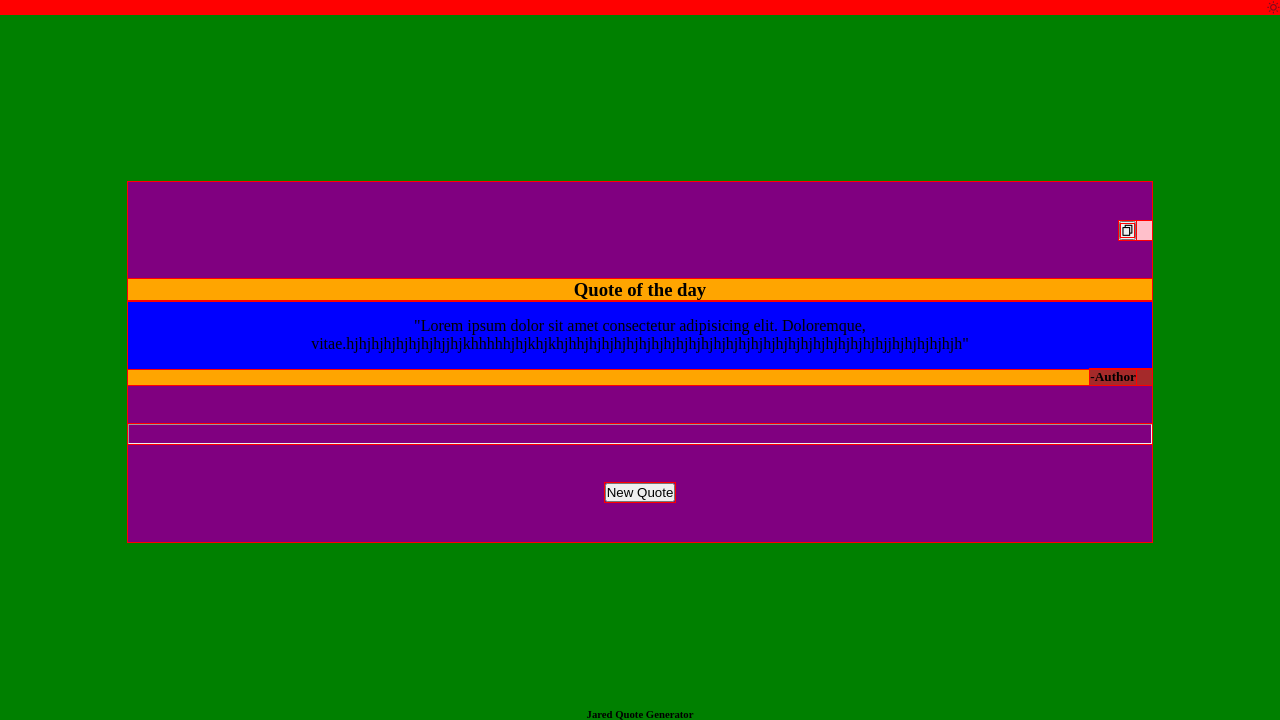
Repository: EguJaredoBoyd/Jared-Quote-Generator
Page: html/main.html
The author's editor kept a copy of each file at every save. The page is drawn from the files as they stood at one save, then again after the next save.
The browser window is 1280 px wide. The pictures show the whole page.
Some web libraries are served in a nearby version.

Above is the page before, as saved 2026-01-09 01:32:06.

After the next save:
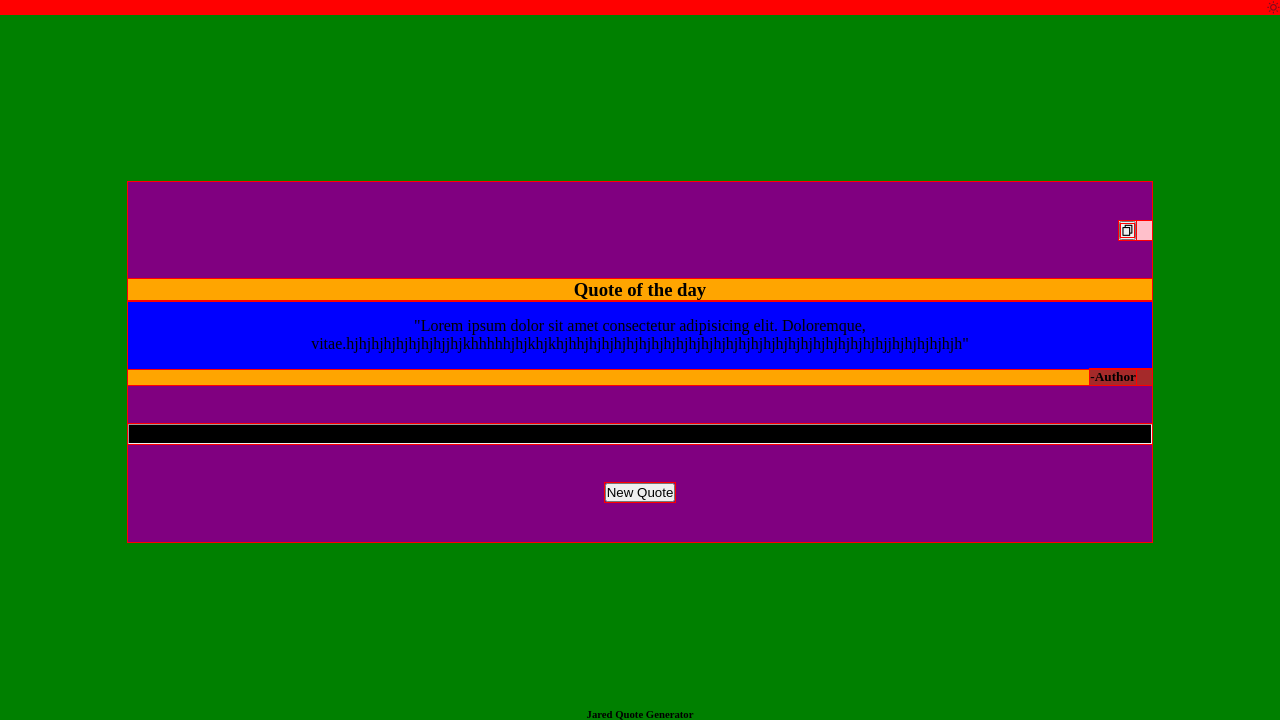
Saved 9 s later.
--- a/css/style.css
+++ b/css/style.css
@@ -86,7 +86,7 @@ header button {
 
 .quote-container hr {
   height: 20px;
-  color: black;
+  background-color: black;
   width: 100%;
 }
 
